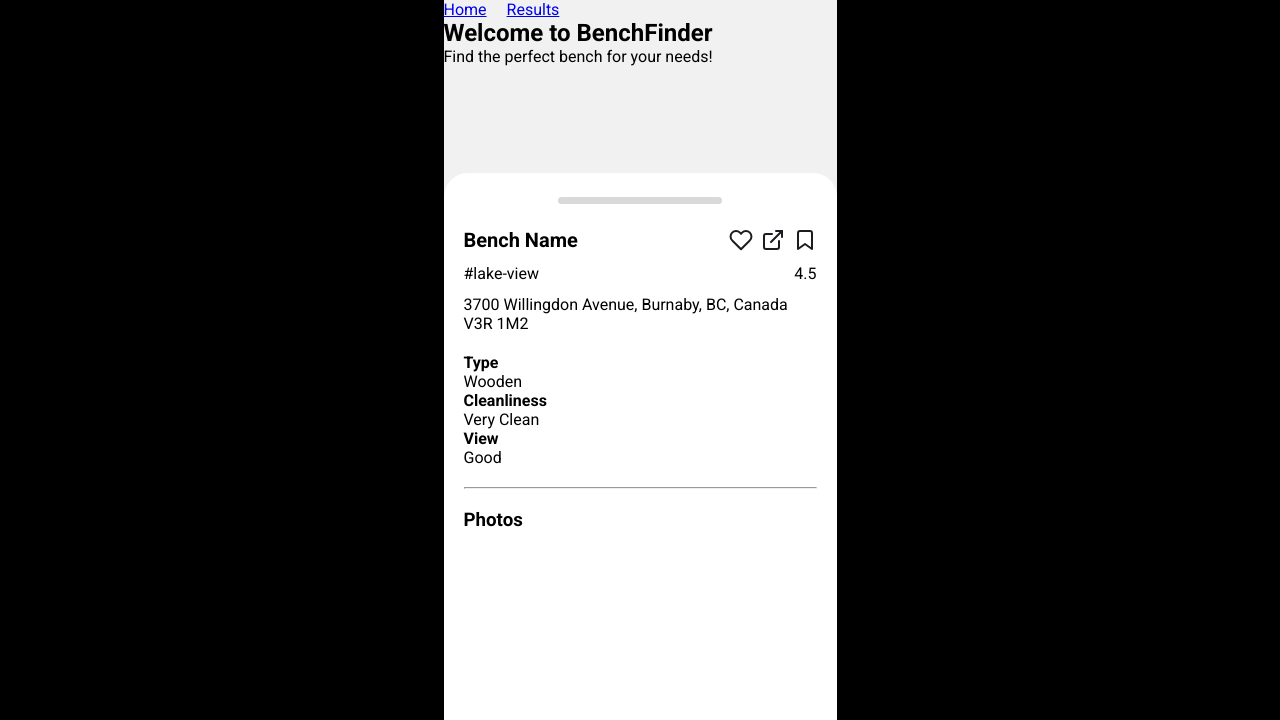
Repository: HidayatPatil/BenchFinder
Page: /
These files come from the project's save history. The page is drawn as it stood at one moment and after the next save; the edit follows.
The browser window is 1280 px wide. The pictures show the whole page.
The project was rebuilt for these pictures with package versions that can differ from the ones it lists, and the page was loaded fresh each time. Also part of the build but not shown: vite.config.js, src/Results.jsx.

Above is the page before, as saved 2025-10-09 21:28:08.

### index.html
<!doctype html>
<html lang="en">
  <head>
    <meta charset="UTF-8" />
    <link rel="icon" type="image/svg+xml" href="/vite.svg" />
    <meta name="viewport" content="width=device-width, initial-scale=1.0" />
    <title>benchfinder</title>
  </head>
  <body>
    <div id="root"></div>
    <script type="module" src="/src/main.jsx"></script>
  </body>
</html>

### src/index.css
@import url('https://fonts.googleapis.com/css2?family=Roboto:wght@400;700&display=swap');

/* Reset default margins and padding */
* {
    margin: 0;
    padding: 0;
    box-sizing: border-box;
}

body, html {
    width: 100%;
    height: 100%;
    overflow: hidden;
    background-color: black;
    display: flex;
    justify-content: center;
    align-items: center;
    font-family: 'Roboto', sans-serif;
}

#root {
    width: 393px;
    min-width: 320px;
    max-width: 425px;
    height: 100vh;
    background-color: rgb(0, 0, 0);
    position: relative;
}

.app_body {
    width: 393px;
    min-width: 320px;
    max-width: 425px;
    height: 100%;
    background-color: #F1F1F1;
    margin: 0 auto;
    position: relative;
}

.drawer_container {
    height: 547px;
    position: absolute;
    bottom: 0;
    padding: 0 20px;
    background-color: #FFFFFF;
    border-radius: 24px 24px 0 0;
}

.drawer_handle {
    width: 164px;
    height: 7px;
    border-radius: 100px;
    background-color: #D9D9D9;
    margin: 24px auto;
}

.bench_data {
    display: flex;
    flex-direction: column;
    gap: 20px;
}

.data_metadata {
    display: flex;
    flex-direction: column;
    gap: 12px;
}

.metadata_name_options {
    display: flex;
    justify-content: space-between;
    align-items: center;

    h2 {
        font-size: 20px;
        font-weight: 600;
    }

    .bench_metadata_options {
        display: flex;
        gap: 8px;
    }

    .option_icons {
        height: 24px;
        width: 24px;
        color: #1C1B1F;
    }
}

.metadata_tags_rating {
    display: flex;
    justify-content: space-between;
    align-items: center;
}

### src/App.jsx
import { Routes, Route, Link } from 'react-router-dom'
import Result from './Results'
import Home from './Home'

export default function App(){
  return (
    <div className="app_body">
      {/* <h1 className="container">BenchFinder App</h1> */}
      <nav>
        <Link to="/" style={{ marginRight: '20px' }}>Home</Link>
        <Link to="/results">Results</Link>
      </nav>

      <Routes>
        <Route path="/" element={<Home />} />
        <Route path="/results" element={<Result />} />
      </Routes>
    </div>
  )
}

### src/Home.jsx
import ContentDrawer from "./components/contentDrawer"

export default function Home() {
  return (
    <div>
      <h2>Welcome to BenchFinder</h2>
      <p>Find the perfect bench for your needs!</p>
      <div className="google_maps">
        <img />
      </div>
      <ContentDrawer />
    </div>
  )
}

### src/components/contentDrawer.jsx
import { FiHeart } from "react-icons/fi";
import { FiExternalLink } from "react-icons/fi";
import { FiBookmark } from "react-icons/fi";
import { IconContext } from "react-icons";

export default function ContentDrawer() {
  return (
    <div className="drawer_container">
      <div className="drawer_handle"></div>
      <div className="bench_data">
        <div className="data_metadata">
          <div className="metadata_name_options">
            <h2>Bench Name</h2>
            <div className="bench_metadata_options">
              <IconContext.Provider value={{ className: "option_icons" }}>
                <FiHeart />
                <FiExternalLink />
                <FiBookmark />
              </IconContext.Provider>
            </div>
          </div>
          <div className="metadata_tags_rating">
            <div className="bench_tags">#lake-view</div>
            <div className="bench_rating">4.5</div>
          </div>
          <p className="metadata_address">
            3700 Willingdon Avenue, Burnaby, BC, Canada V3R 1M2
          </p>
        </div>
        <div className="data_bench_overview">
          <div className="bench_type">
            <h4 className="overview_title">Type</h4>
            <p className="overview_content">Wooden</p>
          </div>
          <div className="bench_cleanliness">
            <h4 className="overview_title">Cleanliness</h4>
            <p className="overview_content">Very Clean</p>
          </div>
          <div className="bench_view">
            <h4 className="overview_title">View</h4>
            <p className="overview_content">Good</p>
          </div>
        </div>
        <hr /> {/* line break */}
        <div className="bench_photos">
          <div className="photos_heading">
            <h3>Photos</h3>
            {/* <img "add plus icon" />  */}
          </div>
          <div className="photos_gallery">
            <div className="gallery_image"></div>
            <div className="gallery_image"></div>
            <div className="gallery_image"></div>
          </div>
        </div>
      </div>
    </div>
  );
}

Loaded but not shown: src/main.jsx (common file)

After the next save:
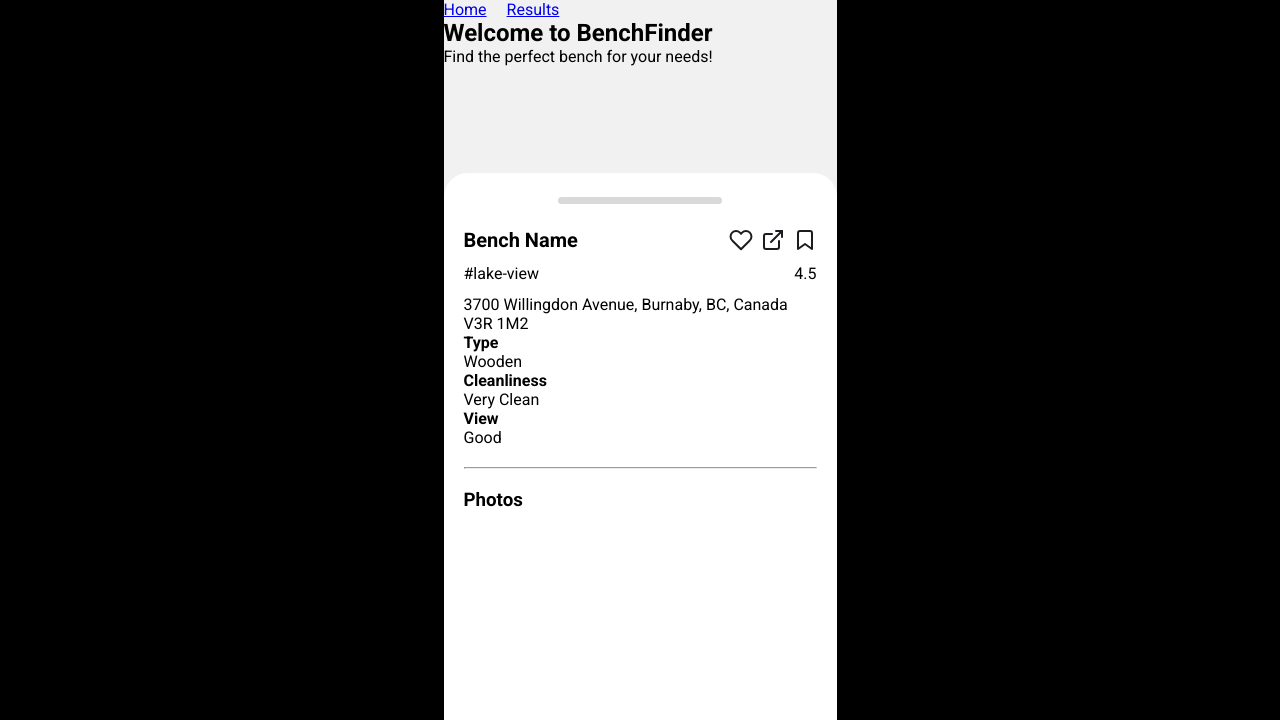
Saved 83 s later.
--- a/src/components/contentDrawer.jsx
+++ b/src/components/contentDrawer.jsx
@@ -8,37 +8,43 @@ export default function ContentDrawer() {
     <div className="drawer_container">
       <div className="drawer_handle"></div>
       <div className="bench_data">
-        <div className="data_metadata">
-          <div className="metadata_name_options">
-            <h2>Bench Name</h2>
-            <div className="bench_metadata_options">
-              <IconContext.Provider value={{ className: "option_icons" }}>
-                <FiHeart />
-                <FiExternalLink />
-                <FiBookmark />
-              </IconContext.Provider>
+        {" "}
+        {/* main container holding data */}
+        <div>
+          <div className="data_metadata">
+            {" "}
+            {/* section above the line break */}
+            <div className="metadata_name_options">
+              <h2>Bench Name</h2>
+              <div className="bench_metadata_options">
+                <IconContext.Provider value={{ className: "option_icons" }}>
+                  <FiHeart />
+                  <FiExternalLink />
+                  <FiBookmark />
+                </IconContext.Provider>
+              </div>
             </div>
+            <div className="metadata_tags_rating">
+              <div className="bench_tags">#lake-view</div>
+              <div className="bench_rating">4.5</div>
+            </div>
+            <p className="metadata_address">
+              3700 Willingdon Avenue, Burnaby, BC, Canada V3R 1M2
+            </p>
           </div>
-          <div className="metadata_tags_rating">
-            <div className="bench_tags">#lake-view</div>
-            <div className="bench_rating">4.5</div>
-          </div>
-          <p className="metadata_address">
-            3700 Willingdon Avenue, Burnaby, BC, Canada V3R 1M2
-          </p>
-        </div>
-        <div className="data_bench_overview">
-          <div className="bench_type">
-            <h4 className="overview_title">Type</h4>
-            <p className="overview_content">Wooden</p>
-          </div>
-          <div className="bench_cleanliness">
-            <h4 className="overview_title">Cleanliness</h4>
-            <p className="overview_content">Very Clean</p>
-          </div>
-          <div className="bench_view">
-            <h4 className="overview_title">View</h4>
-            <p className="overview_content">Good</p>
+          <div className="data_bench_overview">
+            <div className="bench_type">
+              <h4 className="overview_title">Type</h4>
+              <p className="overview_content">Wooden</p>
+            </div>
+            <div className="bench_cleanliness">
+              <h4 className="overview_title">Cleanliness</h4>
+              <p className="overview_content">Very Clean</p>
+            </div>
+            <div className="bench_view">
+              <h4 className="overview_title">View</h4>
+              <p className="overview_content">Good</p>
+            </div>
           </div>
         </div>
         <hr /> {/* line break */}
